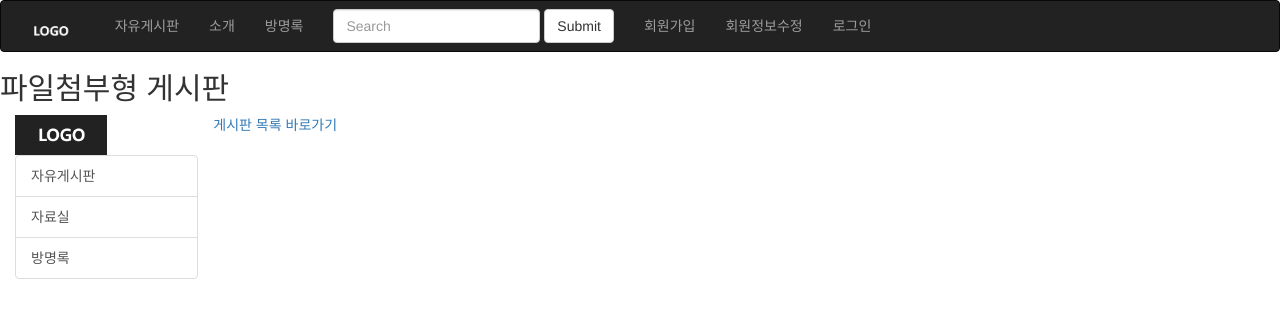
Repository: bhj305/JSP_Bulletin_Board
Page: http://localhost/BulletinBoard/14MVCBoard/Default.jsp
These files come from the project's save history. The page is drawn as it stood at one moment and after the next save; the edit follows.
The browser window is 1280 px wide. The pictures show the whole page.
The page is served by Tomcat 10. Other server files are loaded and not shown.

Above is the page before, as saved 2025-05-17 03:41:15.

### BulletinBoard/src/main/webapp/14MVCBoard/Default.jsp
<%@ page language="java" contentType="text/html; charset=UTF-8"
    pageEncoding="UTF-8"%>
<!DOCTYPE html>
<html>
	<head>
		<meta charset="UTF-8">
		<title>메인페이</title>
	</head>
	<body>
		<jsp:include page="../Common/Link.jsp"></jsp:include>
		<h2>파일첨부형 게시판</h2>
		<a href="../mvcboard/list.do">게시판 목록 바로가기</a>

		<div class="col-sm-2">
                <img src="../images/logo.png" alt="" style="height: 40px;">
                <div class="list-group">
                    <a class="list-group-item list-group-item-action " href="#">자유게시판</a><!-- active 생략 -->
                    <a class="list-group-item list-group-item-action" href="#" >자료실</a>
                    <a class="list-group-item list-group-item-action" href="#">방명록</a>
                </div>
            </div>

	</body>
</html>

### BulletinBoard/src/main/webapp/Common/Link.jsp
<%@ page language="java" contentType="text/html; charset=UTF-8"
    pageEncoding="UTF-8"%>
<!DOCTYPE html>
<html>
	<head>
		<meta charset="UTF-8">
		<title>메인페이지</title>
	<!-- bootstrap  -->
	<link rel="stylesheet" href="https://maxcdn.bootstrapcdn.com/bootstrap/3.4.1/css/bootstrap.min.css">
	      <script src="https://ajax.googleapis.com/ajax/libs/jquery/3.7.1/jquery.min.js"></script>
	      <script src="https://maxcdn.bootstrapcdn.com/bootstrap/3.4.1/js/bootstrap.min.js"></script>
	      <link rel="stylesheet" href="https://cdnjs.cloudflare.com/ajax/libs/font-awesome/4.7.0/css/font-awesome.min.css">
	</head>
	<body>
		<nav class="navbar navbar-inverse">
            <div class="navbar-header">
                <a class="navbar-brand" href="#">
                  <img src="../images/logo.png" alt="" style="height: 30px;">
                </a>
            </div>
            <div class="container">
                <div class="btn-group">
                    <ul class="nav navbar-nav">
                        <li><a href="../mvcboard/list.do">자유게시판</a></li>

                        <li class="nav-item dropdown">
                            <a class="nav-link dropdown-toggle" href="#" id="navbarDropdownMenuLink" data-toggle="dropdown" aria-haspopup="true" aria-expanded="false">
                            소개
                            </a>
                        <div class="dropdown-menu" aria-labelledby="navbarDropdownMenuLink">
                        <a class="dropdown-item" href="#">인사말</a><br/>
                        <a class="dropdown-item" href="#">강사소개</a><br/>
                        <a class="dropdown-item" href="#">찾아오시는길</a><br/>
                        </div>
                        </li>

                        <li><a href="#">방명록</a></li>

                        <form class="navbar-form navbar-left" action="#">
                            <div class="form-group">
                            <input type="text" class="form-control" placeholder="Search" name="search">
                            </div>
                            <button type="submit" class="btn btn-default">Submit</button>
                        </form>
                        <li >
                        <% if(session.getAttribute("UserId") == null) {%>
                            <a href="../00Board/SignUp.jsp">회원가입</a>
                            <% } %>
                        </li>
                        <li><a href="#">
                            회원정보수정</a></li>
                        <li>
                        <% if (session.getAttribute("UserId") == null) { %>
                            <a href="../00Board/LoginForm.jsp">로그인</a>
                        <% } else { %>
                            <a href="../00Board/Logout.jsp">로그아웃</a>
                            <li>
                            <a href="../00Board/MyPage.jsp">마이페이지</a>
                            </li>
                        <% } %>
                        </li>
                    </ul>
                </div>
            </div>
        </nav>
	</body>
</html>

After the next save:
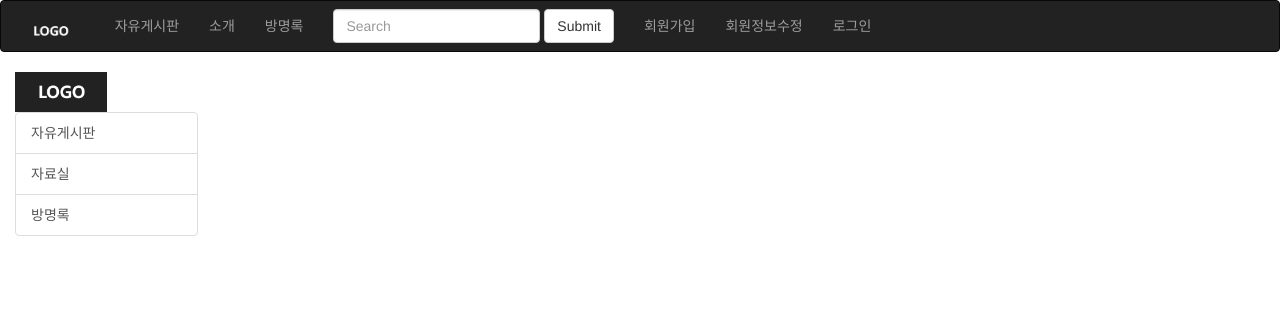
Saved 17 s later.
--- a/BulletinBoard/src/main/webapp/14MVCBoard/Default.jsp
+++ b/BulletinBoard/src/main/webapp/14MVCBoard/Default.jsp
@@ -8,9 +8,6 @@
 	</head>
 	<body>
 		<jsp:include page="../Common/Link.jsp"></jsp:include>
-		<h2>파일첨부형 게시판</h2>
-		<a href="../mvcboard/list.do">게시판 목록 바로가기</a>
-
 		<div class="col-sm-2">
                 <img src="../images/logo.png" alt="" style="height: 40px;">
                 <div class="list-group">
